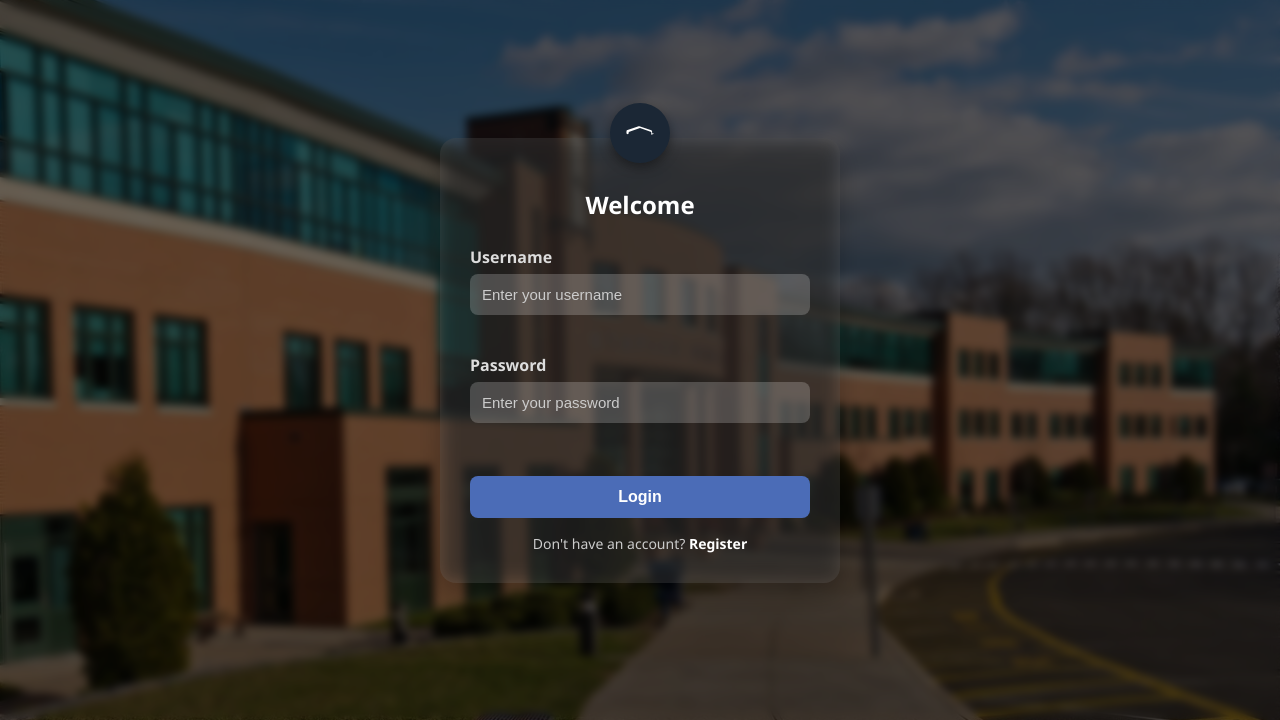
Repository: SG-Coder67/LMS
Page: login.html
These files come from the project's save history. The page is drawn as it stood at one moment and after the next save; the edit follows.
The browser window is 1280 px wide. The pictures show the whole page.

Above is the page before, as saved 2025-04-10 08:22:22.

### login.html
<!DOCTYPE html>
<html lang="en">

<head>
    <meta charset="UTF-8" />
    <meta name="viewport" content="width=device-width, initial-scale=1.0" />
    <title>LMS Login</title>
    <style>
        * {
            box-sizing: border-box;
            margin: 0;
            padding: 0;
        }

        body {
            font-family: "Segoe UI", Tahoma, Geneva, Verdana, sans-serif;
            height: 100vh;
            display: flex;
            justify-content: center;
            align-items: center;
            overflow: hidden;
            background: #0f2027;
            background-image: url('11.jpg');
            background-size: cover;
            background-position: center;
            background-repeat: no-repeat;
            backdrop-filter: blur(4px);
        }

        .overlay {
            position: absolute;
            width: 100%;
            height: 100%;
            background: rgba(0, 0, 0, 0.6);
            z-index: 0;
        }

        .login-container {
            background: rgba(255, 255, 255, 0.1);
            backdrop-filter: blur(10px);
            padding: 30px;
            border-radius: 16px;
            box-shadow: 0 12px 25px rgba(0, 0, 0, 0.25);
            width: 100%;
            max-width: 400px;
            animation: fadeIn 0.6s ease-in-out;
            z-index: 2;
            color: #fff;
            position: relative;
        }

        .graduation-icon {
            position: absolute;
            top: -35px;
            left: 50%;
            transform: translateX(-50%);
            width: 60px;
            height: 60px;
            background-color: #1b2735;
            border-radius: 50%;
            display: flex;
            justify-content: center;
            align-items: center;
            box-shadow: 0 4px 12px rgba(0, 0, 0, 0.4);
        }

        .graduation-icon svg {
            width: 30px;
            height: 30px;
            fill: #fff;
        }

        @keyframes fadeIn {
            from {
                opacity: 0;
                transform: translateY(-20px);
            }

            to {
                opacity: 1;
                transform: translateY(0);
            }
        }

        .login-container h2 {
            text-align: center;
            margin-bottom: 25px;
            color: #fff;
            margin-top: 20px;
        }

        .input-group {
            margin-bottom: 20px;
        }

        label {
            display: block;
            margin-bottom: 6px;
            font-weight: bold;
            color: #ddd;
        }

        input {
            width: 100%;
            padding: 12px;
            border: none;
            border-radius: 8px;
            font-size: 15px;
            background: rgba(255, 255, 255, 0.2);
            color: #fff;
        }

        input::placeholder {
            color: #ccc;
        }

        input:focus {
            border: 2px solid #4b6cb7;
            outline: none;
            background: rgba(255, 255, 255, 0.3);
        }

        .error {
            color: #ff6b6b;
            font-size: 13px;
            margin-top: 5px;
            height: 14px;
        }

        button {
            background: #4b6cb7;
            color: #fff;
            padding: 12px;
            width: 100%;
            border: none;
            border-radius: 8px;
            font-size: 16px;
            font-weight: bold;
            cursor: pointer;
            transition: background 0.3s ease;
        }

        button:hover {
            background: #3a589d;
        }

        .bottom-text {
            text-align: center;
            margin-top: 16px;
            font-size: 14px;
            color: #ccc;
        }

        .bottom-text a {
            color: #fff;
            font-weight: bold;
            text-decoration: none;
        }

        .bottom-text a:hover {
            text-decoration: underline;
        }

        @media (max-width: 500px) {
            .login-container {
                margin: 20px;
                padding: 25px;
            }
        }
    </style>
</head>

<body>
    <div class="overlay"></div>
    <div class="login-container">
        <div class="graduation-icon">
            <svg xmlns="http://www.w3.org/2000/svg" viewBox="0 0 640 512">
                <path d="M622.3 271.1c-17.8-4.5-30.6-7.8-44.3-11.3v-37.5c0-10.5-6.7-19.9-16.7-23.2l-254-88c-5.1-1.8-10.6-1.8-15.7 0l-254
88C37.7 202.4 31 211.8 31 222.3V256c0 13.3 10.7 24 24 24s24-10.7 24-24v-22.3L320 150l240 83v61.5c-36.4-8.9-77.3-
16.3-120.6-21.3-8.8-1.1-16.7 5.5-16.7 14.4v76.4c0 5.9 3.2 11.3 8.3 14.1 31.1 16.5 68.5 46.7 75.2 74.5H160c6.8-27.9 44.1-
58 75.2-74.5 5.1-2.7 8.3-8.1 8.3-14.1v-76.4c0-8.9-7.9-15.5-16.7-14.4-86.6 10.8-162.2 32.6-213.8 50.5C3.6 329.8-5.8 347.2
2.2 362.3S31.5 384 46.2 376.1c47.4-24.6 142.3-54.6 254.4-54.6s207 30 254.4 54.6c14.7 7.9 33.2-.2 41.2-15.3s-1.5-32.5-
17.9-35.7z" />
            </svg>
        </div>
        <h2>Welcome</h2>
        <form id="loginForm">
            <div class="input-group">
                <label for="username">Username</label>
                <input type="text" id="username" placeholder="Enter your username" required />
                <div class="error" id="usernameError"></div>
            </div>
            <div class="input-group">
                <label for="password">Password</label>
                <input type="password" id="password" placeholder="Enter your password" required autocomplete="off" />
                <div class="error" id="passwordError"></div>
            </div>
            <div class="error" id="loginError"></div>
            <button type="submit">Login</button>
        </form>
        <div class="bottom-text">
            Don't have an account? <a href="register.html">Register</a>
        </div>
    </div>
    <script>
        document.getElementById("loginForm").addEventListener("submit", function (event) {
            event.preventDefault();
            let username = document.getElementById("username").value.trim();
            let password = document.getElementById("password").value.trim();
            let usernameError = document.getElementById("usernameError");
            let passwordError = document.getElementById("passwordError");
            let loginError = document.getElementById("loginError");
            usernameError.textContent = "";
            passwordError.textContent = "";
            loginError.textContent = "";
            if (username.length > 16) {
                usernameError.textContent = "Username must be less than 16 characters";
                return;
            }
            if (password.length < 8 || password.length > 16) {
                passwordError.textContent = "Password must be between 8 and 16 characters";
                return;
            }
            let xhr = new XMLHttpRequest();
            xhr.open("POST", "/api/auth/login", true);
            xhr.setRequestHeader("Content-Type", "application/json");
            xhr.withCredentials = true;
            xhr.onreadystatechange = function () {
                if (xhr.readyState === 4) {
                    let responseText = xhr.responseText;
                    let data = {};
                    try {
                        data = responseText ? JSON.parse(responseText) : {};
                    } catch (e) {
                        console.error("Failed to parse response:", responseText);
                        loginError.textContent = "An unexpected error occurred. Please try again.";
                        return;
                    }
                    if (xhr.status === 200 && data.msg === "Login successful") {
                        if (data.role === "student") {
                            window.location.href = "/student_dashboard.html";
                        } else if (data.role === "teacher") {
                            window.location.href = "/teacher_dashboard.html";
                        } else {
                            loginError.textContent = "Login successful, but role unknown. Cannot redirect.";
                        }
                    } else {
                        loginError.textContent = data.msg || "Login failed. Please check username and password.";
                        console.error("Login failed:", data.msg || xhr.status);
                    }
                }
            };
            xhr.onerror = function () {
                loginError.textContent = "Network error occurred. Please check your connection.";
            };
            xhr.send(JSON.stringify({ username, password }));
        });
    </script>
</body>

</html>

After the next save:
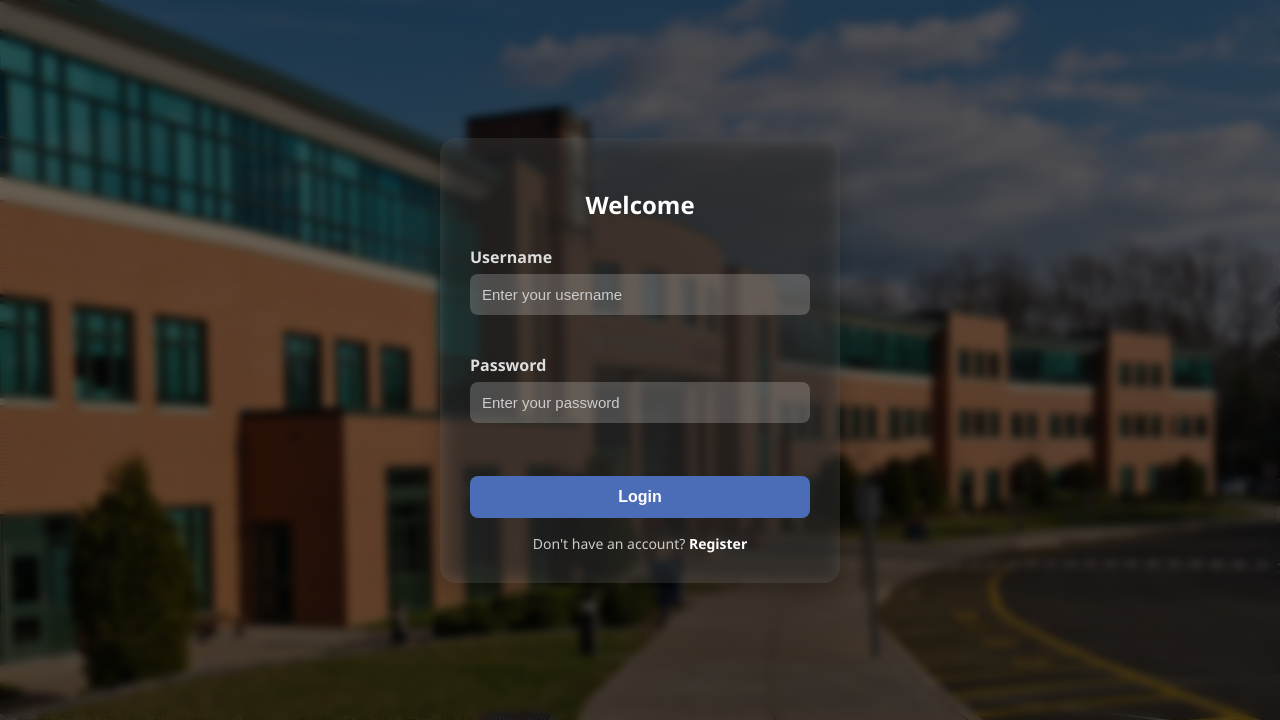
Saved 10 s later.
--- a/login.html
+++ b/login.html
@@ -173,16 +173,6 @@
 <body>
     <div class="overlay"></div>
     <div class="login-container">
-        <div class="graduation-icon">
-            <svg xmlns="http://www.w3.org/2000/svg" viewBox="0 0 640 512">
-                <path d="M622.3 271.1c-17.8-4.5-30.6-7.8-44.3-11.3v-37.5c0-10.5-6.7-19.9-16.7-23.2l-254-88c-5.1-1.8-10.6-1.8-15.7 0l-254
-88C37.7 202.4 31 211.8 31 222.3V256c0 13.3 10.7 24 24 24s24-10.7 24-24v-22.3L320 150l240 83v61.5c-36.4-8.9-77.3-
-16.3-120.6-21.3-8.8-1.1-16.7 5.5-16.7 14.4v76.4c0 5.9 3.2 11.3 8.3 14.1 31.1 16.5 68.5 46.7 75.2 74.5H160c6.8-27.9 44.1-
-58 75.2-74.5 5.1-2.7 8.3-8.1 8.3-14.1v-76.4c0-8.9-7.9-15.5-16.7-14.4-86.6 10.8-162.2 32.6-213.8 50.5C3.6 329.8-5.8 347.2
-2.2 362.3S31.5 384 46.2 376.1c47.4-24.6 142.3-54.6 254.4-54.6s207 30 254.4 54.6c14.7 7.9 33.2-.2 41.2-15.3s-1.5-32.5-
-17.9-35.7z" />
-            </svg>
-        </div>
         <h2>Welcome</h2>
         <form id="loginForm">
             <div class="input-group">
@@ -202,6 +192,7 @@
             Don't have an account? <a href="register.html">Register</a>
         </div>
     </div>
+
     <script>
         document.getElementById("loginForm").addEventListener("submit", function (event) {
             event.preventDefault();
